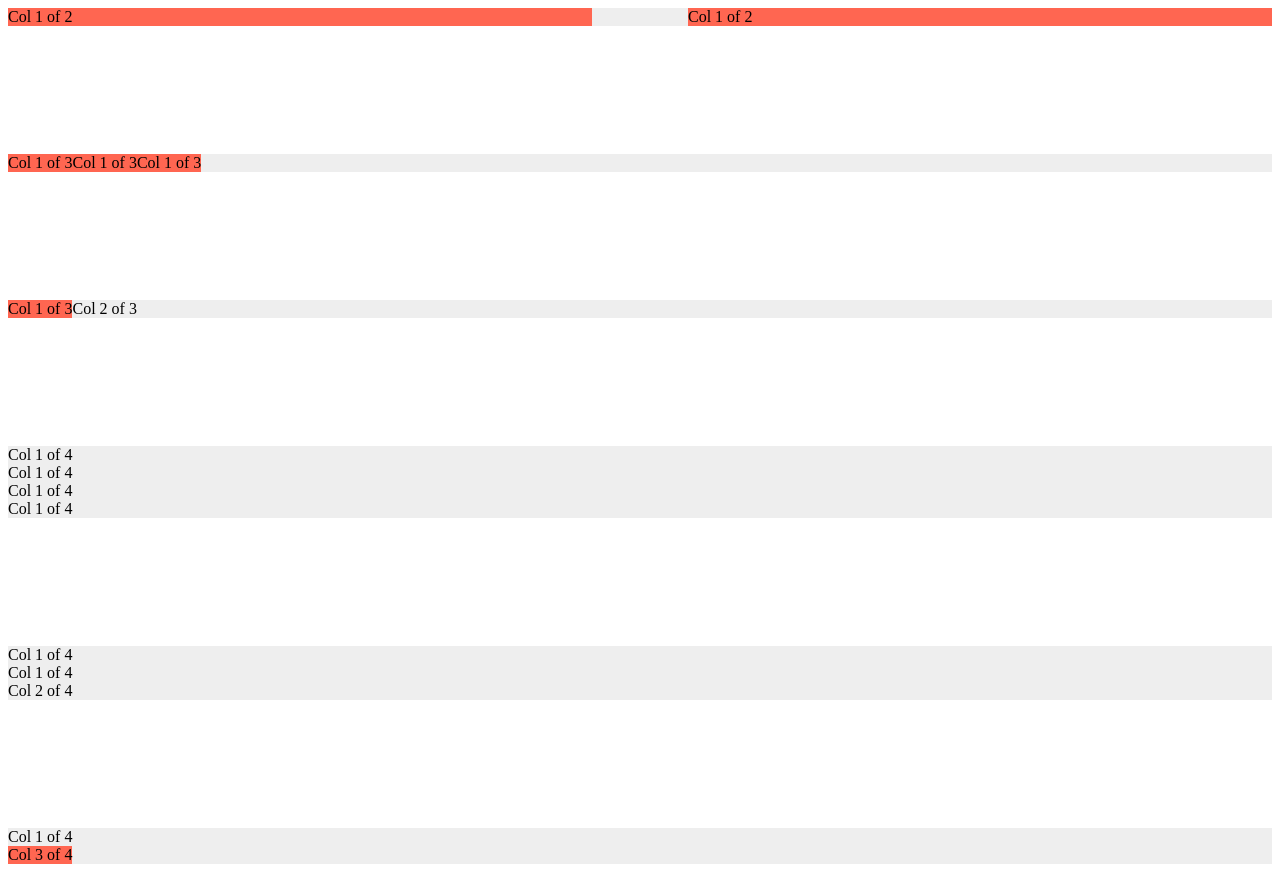
Repository: haokiet2501/grid-basic
Page: index.html
These files come from the project's save history. The page is drawn as it stood at one moment and after the next save; the edit follows.
The browser window is 1280 px wide. The pictures show the whole page.

Above is the page before, as saved 2022-08-11 18:51:53.

After the next save:
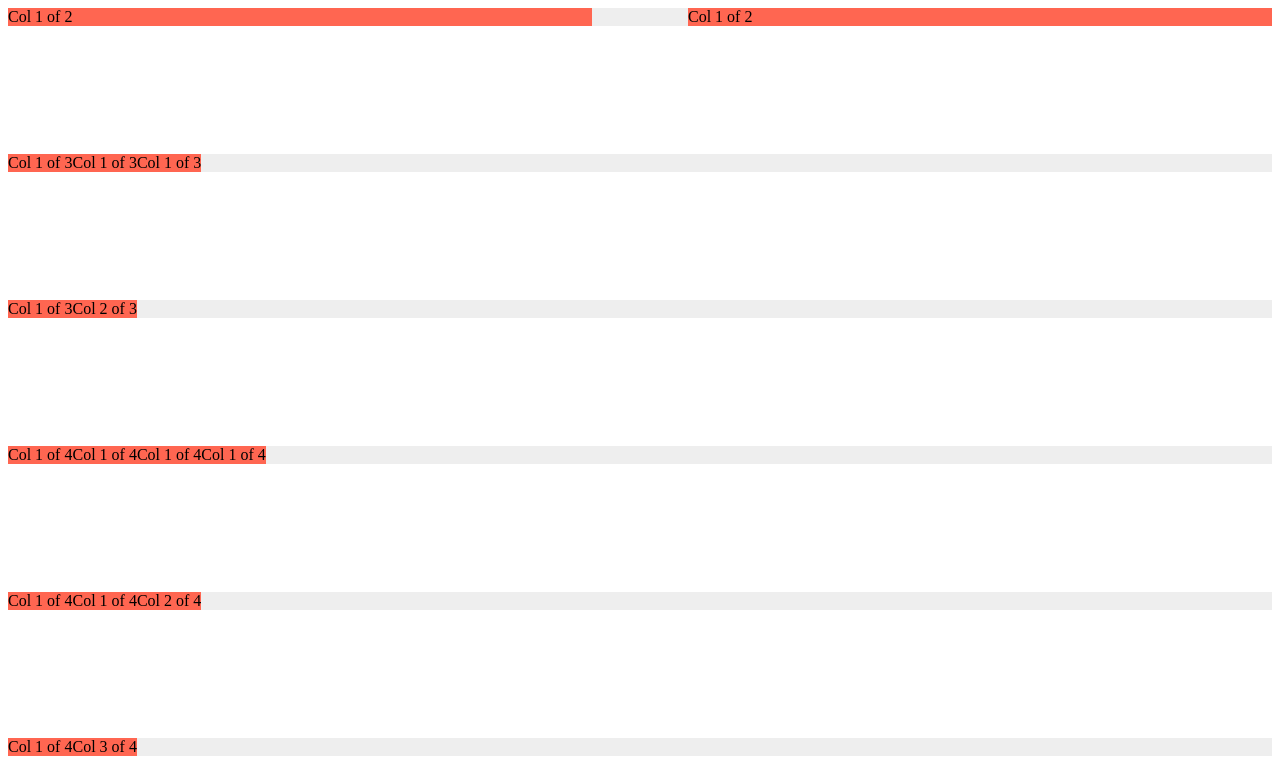
Saved 10 s later.
--- a/styles.css
+++ b/styles.css
@@ -20,7 +20,7 @@
     margin-bottom: var(--gutter-vertical);
 }
 
-[class^='col-3'] {
+[class^='col-'] {
     background-color: #FF6651;
     float: left;
 }
